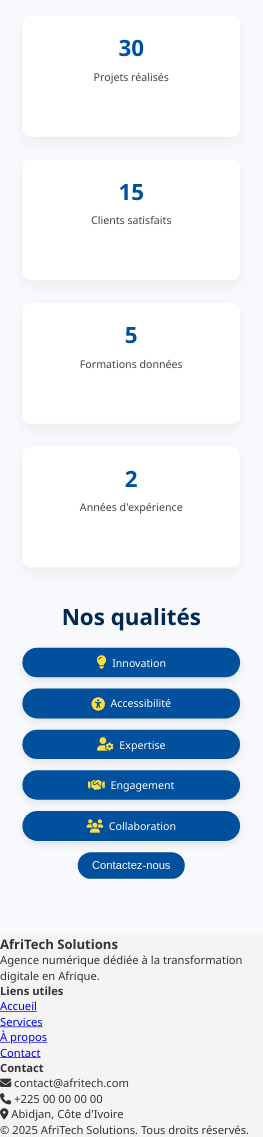
Repository: prestige225/AFRITECH
Page: index.html
These files come from the project's save history. The page is drawn as it stood at one moment and after the next save; the edit follows.
The browser window is 375 px wide. The pictures show the part of the page from y = 3579 to 5819 px (the page is 5203 px tall before and 5819 px after), at 70% of full size.

Above is the page before, as saved 2025-07-16 03:54:07.

### index.html

<!DOCTYPE html>
<html lang="en">
<head>
    <meta charset="UTF-8">
    <meta name="viewport" content="width=device-width, initial-scale=1.0">
    <!-- Font Awesome CDN -->
<link rel="stylesheet" href="https://cdnjs.cloudflare.com/ajax/libs/font-awesome/6.4.0/css/all.min.css">
    <link rel="stylesheet" href="style.css">

    <title>AFRITECH</title>
</head>
<body>
    <header>
        <div class="logo">
            <img src="image/logo.jpg" alt="AfanouTech Logo">
            <h1><span>AFRI</span>TECH</h1>
        </div>

         <!-- Bouton hamburger visible sur mobile -->
  <div class="menu-toggle" id="menu-toggle">
    <i class="fas fa-bars"></i>
  </div>


       <nav>
  <ul>
    <li><a href="index.html"><i class="fas fa-home"></i> Accueil</a></li>
    <li><a href="service.html"><i class="fas fa-tools"></i> Services</a></li>
    <li><a href="about.html"><i class="fas fa-info-circle"></i> À propos</a></li>
    <li><a href="#" id="openModalLink"><i class="fas fa-envelope"></i> Contact</a></li>

    <li><a href="projet.html"><i class="fas fa-project-diagram"></i> Projets</a></li>
  </ul>
</nav>

    </header>

<!-- hero -->
 <section class="hero">
    <div class="hero-content">
        <h1>Solutions numériques innovantes pour l'Afrique</h1>

        <p>Nous créons des expériences web exceptionnelles et des stratégies marketing digitales qui propulsent votre entreprise vers le succès.</p>
        <a href="contact.html" class="btn">Contactez-nous</a>
        <a href="#" class="btn">Nos Services</a>

    </div>
    <div class="hero-image">
        <img src="image/emile.jpg" alt="Image d'accueil">
    </div>

    <div class="couleurpassante en design">

    </div>

 </section>


 <!-- SECTION SERVICES -->
  <section id="services" class="services-section">
            <h2>Nos Services</h2>
    <div class="services">

        <div class="service-item">
            <i class="fas fa-laptop-code"></i>
            <h3>Développement Web</h3>
            <p>Sites vitrines, e-commerce, applications web sur mesure adaptés à vos besoins spécifiques et optimisés pour tous les appareils.</p>
        </div>
        <div class="service-item">
            <i class="fas fa-mobile-alt"></i>
            <h3>Applications Mobiles</h3>
            <p>Développement d'applications mobiles natives et hybrides pour iOS et Android, offrant une expérience utilisateur exceptionnelle.</p>
        </div>
        <div class="service-item">
            <i class="fas fa-chart-line"></i>
            <h3>Marketing Digital</h3>
            <p>Stratégies de marketing digital personnalisées, SEO, publicité en ligne et gestion des réseaux sociaux pour augmenter votre visibilité.</p>
        </div>
        <div class="service-item">
            <i class="fas fa-shield-alt"></i>
            <h3>Cybersécurité</h3>
            <p>Solutions de sécurité avancées pour protéger vos données et votre infrastructure contre les menaces numériques.</p>
        </div>
        <div class="service-item">
            <i class="fas fa-palette"></i>
            <h3>Design UX/UI</h3>
            <p>Création d'interfaces utilisateur intuitives et esthétiques pour améliorer l'expérience de vos utilisateurs.</p>
        </div>

        <div class="service-item">
            <i class="fas fa-chalkboard-teacher"></i>
            <h3>Formation en Développement Informatique</h3>
            <p>Formations sur les technologies web, le développement d'applications et les meilleures pratiques en informatique.</p>
            </div>
    </div>
  </section>
<!-- SECTION apropos -->
<section id="about" class="about-section">
  <h2>À propos de nous</h2>
  <p>
    AfriTech Solutions est une agence numérique fondée par Emile Afanou, passionné de technologie et de développement digital.<br><br>
    Spécialisée dans le développement web, le marketing digital et la cybersécurité, elle aide les entreprises africaines à réussir leur transformation numérique grâce à des solutions innovantes et accessibles.<br><br>
    AfriTech incarne une vision moderne de l’Afrique : connectée, compétente et ambitieuse.
  </p>

  <!-- COMPTEURS -->
  <div class="counters">
    <div class="counter-box">
      <span class="counter" data-target="30">0</span>
      <p>Projets réalisés</p>
    </div>
    <div class="counter-box">
      <span class="counter" data-target="15">0</span>
      <p>Clients satisfaits</p>
    </div>
    <div class="counter-box">
      <span class="counter" data-target="5">0</span>
      <p>Formations données</p>
    </div>
    <div class="counter-box">
      <span class="counter" data-target="2">0</span>
      <p>Années d'expérience</p>
    </div>
  </div>

  <!-- NOS QUALITÉS -->
  <div class="nos-qualites">
    <h3>Nos qualités</h3>
    <ul>
      <li><i class="fas fa-lightbulb"></i> Innovation</li>
      <li><i class="fas fa-universal-access"></i> Accessibilité</li>
      <li><i class="fas fa-user-cog"></i> Expertise</li>
      <li><i class="fas fa-handshake"></i> Engagement</li>
      <li><i class="fas fa-users"></i> Collaboration</li>
    </ul>
  </div>


  <!-- Bouton pour ouvrir la modale -->
<button id="openModalBtn" class="open-modal-btn">Contactez-nous</button>

<!-- Modale -->
<div id="contactModal" class="modal">
  <div class="modal-content">
    <span id="closeModalBtn" class="close-btn">&times;</span>
    <h2>Contactez-nous</h2>
    <form action="https://formspree.io/f/mabcxyz" method="POST">
      <input type="text" name="name" placeholder="Votre nom" required autocomplete="off" />
      <input type="email" name="email" placeholder="Votre email" required autocomplete="off" />
      <textarea name="message" rows="5" placeholder="Votre message" required></textarea>
      <button type="submit" class="btn">Envoyer</button>
    </form>
  </div>
</div>
</section>




<!-- FOOTER -->
<footer>
  <div class="footer-container">
    <div class="footer-about">
      <h3>AfriTech Solutions</h3>
      <p>Agence numérique dédiée à la transformation digitale en Afrique.</p>
    </div>
    <div class="footer-links">
      <h4>Liens utiles</h4>
      <ul>
        <li><a href="#">Accueil</a></li>
        <li><a href="#">Services</a></li>
        <li><a href="#">À propos</a></li>
        <li><a href="#">Contact</a></li>
      </ul>
    </div>
    <div class="footer-contact">
      <h4>Contact</h4>
      <p><i class="fas fa-envelope"></i> contact@afritech.com</p>
      <p><i class="fas fa-phone"></i> +225 00 00 00 00</p>
      <p><i class="fas fa-map-marker-alt"></i> Abidjan, Côte d'Ivoire</p>
    </div>
  </div>
  <div class="footer-bottom">
    <p>© 2025 AfriTech Solutions. Tous droits réservés.</p>
  </div>
</footer>


    <script src="index.js"></script>

    <!--  -->
</body>



</html>

### style.css

/* ========== RESET ========== */
* {
  margin: 0;
  padding: 0;
  box-sizing: border-box;
}

/* ========== GLOBAL ========== */
body {
  font-family: 'Segoe UI', sans-serif;
  background-color: #f4f4f4;
  color: #333;
}

/* ========== HEADER ========== */
header {
  background-color: #002855;
  color: white;
  padding: 1rem 2rem;
  display: flex;
  justify-content: space-between;
  align-items: center;
  flex-wrap: wrap;
  position: relative;
}

/* Logo */
.logo {
  display: flex;
  align-items: center;
  gap: 10px;
}

.logo img {
  width: 40px;
  height: 40px;
}

.logo h1 {
  font-size: 1.5rem;
  font-weight: bold;
}

.logo span {
  color: #ff8000;
}

/* Navigation */
nav ul {
  list-style: none;
  display: flex;
  gap: 1.5rem;
}

nav a {
  color: white;
  text-decoration: none;
  font-weight: 500;
  transition: 0.3s;
}

nav a:hover {
  color: #ff8000;
}

/* Hamburger button */
.menu-toggle {
  display: none;
  font-size: 1.8rem;
  color: white;
  cursor: pointer;
}

/* ========== RESPONSIVE ========== */
@media (max-width: 768px) {
  nav {
    width: 100%;
  }

  nav ul {
    flex-direction: column;
    background-color: #002855;
    position: absolute;
    top: 100%;
    left: 0;
    right: 0;
    display: none;
    padding: 1rem;
    z-index: 10;
  }

  nav ul.active {
    display: flex;
  }

  .menu-toggle {
    display: block;
  }
}
/* 🎯 SECTION HERO MODERNE */
.hero {
  display: flex;
  flex-wrap: wrap;
  align-items: center;
  justify-content: space-between;
  padding: 3rem 2rem;
  background: linear-gradient(to right, #002855, #00509e);
  color: white;
  position: relative;
  overflow: hidden;
}

/* Contenu texte */
.hero-content {
  flex: 1 1 50%;
  max-width: 600px;
  z-index: 1;
}

.hero-content h1 {
  font-size: 2.5rem;
  margin-bottom: 1rem;
}

.hero-content p {
  font-size: 1.1rem;
  margin-bottom: 2rem;
  line-height: 1.6;
}

/* Boutons */
.hero-content .btn {
  display: inline-block;
  background-color: #ff8000;
  color: white;
  padding: 0.8rem 1.5rem;
  margin-right: 1rem;
  border-radius: 5px;
  text-decoration: none;
  font-weight: bold;
  transition: background 0.3s ease;
}

.hero-content .btn:hover {
  background-color: #e67300;
}

/* Image d’accueil */
.hero-image {
  flex: 1 1 40%;
  text-align: center;
  z-index: 1;
}

.hero-image img {
  width: 100%;
  max-width: 400px;
  height: auto;
  border-radius: 15px;
}

/* Effet décoratif de fond (couleurpassante) */
.couleurpassante {
  position: absolute;
  top: -50px;
  right: -50px;
  width: 300px;
  height: 300px;
  background: radial-gradient(circle, #ffffff22, transparent 70%);
  border-radius: 50%;
  animation: flotter 10s infinite alternate;
  z-index: 0;
}

/* Animation douce */
@keyframes flotter {
  0% {
    transform: translateY(0) rotate(0deg);
  }
  100% {
    transform: translateY(20px) rotate(20deg);
  }
}

/* 📱 Responsive */
@media (max-width: 768px) {
  .hero {
    flex-direction: column;
    text-align: center;
  }

  .hero-content, .hero-image {
    flex: 1 1 100%;
    max-width: 100%;
  }

  .hero-content h1 {
    font-size: 2rem;
  }

  .hero-content p {
    font-size: 1rem;
  }

  .hero-content .btn {
    margin-bottom: 1rem;
  }
}


/* ========== SECTION SERVICES ========== */
.services-section {
  padding: 4rem 2rem;
  background: linear-gradient(to bottom right, #e6ecf5, #f7f9fc);
  text-align: center;
}

.services-section h2 {
  font-size: 2.5rem;
  margin-bottom: 3rem;
  color: #002855;
  font-weight: 700;
}

/* Container de toutes les cartes */
.services {
  display: grid;
  grid-template-columns: repeat(auto-fit, minmax(280px, 1fr));
  gap: 2rem;
  max-width: 1200px;
  margin: 0 auto;
}

/* Style individuel des services */
.service-item {
  background-color: #ffffff;
  border-radius: 12px;
  padding: 2rem 1.5rem;
  box-shadow: 0 8px 25px rgba(0, 0, 0, 0.05);
  transition: transform 0.3s ease, box-shadow 0.3s ease;
}

.service-item:hover {
  transform: translateY(-8px);
  box-shadow: 0 12px 30px rgba(0, 0, 0, 0.1);
}

/* Icône */
.service-item i {
  font-size: 2.8rem;
  color: #00509e;
  margin-bottom: 1rem;
}

/* Titre */
.service-item h3 {
  font-size: 1.3rem;
  margin-bottom: 0.8rem;
  color: #002855;
  font-weight: 600;
}

/* Paragraphe */
.service-item p {
  font-size: 1rem;
  line-height: 1.6;
  color: #444;
}


/* ===== SECTION À PROPOS ===== */
.about-section {
  padding: 4rem 2rem;
  text-align: center;
  background: #f7f9fc;
}

.about-section h2 {
  font-size: 2.5rem;
  color: #002855;
  margin-bottom: 1.5rem;
}

.about-section p {
  max-width: 900px;
  margin: 0 auto 3rem;
  font-size: 1.1rem;
  line-height: 1.8;
  color: #333;
}

/* ===== SECTION À PROPOS ===== */
.about-section {
  padding: 4rem 2rem;
  text-align: center;
  background: #f7f9fc;
  font-family: 'Segoe UI', Tahoma, Geneva, Verdana, sans-serif;
}

.about-section h2 {
  font-size: 2.5rem;
  color: #002855;
  margin-bottom: 1.5rem;
  font-weight: 700;
}

.about-section p {
  max-width: 900px;
  margin: 0 auto 3rem;
  font-size: 1.1rem;
  line-height: 1.7;
  color: #333;
}

.about-section {
  padding: 4rem 2rem;
  text-align: center;
  background: #f7f9fc;
  font-family: 'Segoe UI', Tahoma, Geneva, Verdana, sans-serif;
}

.about-section h2 {
  font-size: 2.5rem;
  color: #002855;
  margin-bottom: 1.5rem;
  font-weight: 700;
}

.about-section p {
  max-width: 900px;
  margin: 0 auto 3rem;
  font-size: 1.1rem;
  line-height: 1.7;
  color: #333;
}

/* Compteurs */
.counters {
  display: grid;
  grid-template-columns: repeat(auto-fit, minmax(160px, 1fr));
  gap: 2rem;
  max-width: 1000px;
  margin: 0 auto 3rem;
}

.counter-box {
  background: #fff;
  border-radius: 12px;
  padding: 1.5rem;
  box-shadow: 0 8px 20px rgba(0, 0, 0, 0.05);
  transition: transform 0.3s ease;
}

.counter-box:hover {
  transform: translateY(-5px);
}

.counter {
  font-size: 2.5rem;
  font-weight: 700;
  color: #00509e;
  display: block;
}

.counter-box p {
  margin-top: 0.5rem;
  font-size: 1rem;
  color: #444;
}

/* Nos qualités */
.nos-qualites {
  margin-top: 3rem;
  max-width: 800px;
  margin-left: auto;
  margin-right: auto;
  text-align: center;
}

.nos-qualites h3 {
  font-size: 2rem;
  color: #002855;
  margin-bottom: 1.5rem;
  font-weight: 700;
}

.nos-qualites ul {
  list-style: none;
  padding: 0;
  display: flex;
  flex-wrap: wrap;
  justify-content: center;
  gap: 1rem;
}

.nos-qualites li {
  background-color: #00509e;
  color: #fff;
  padding: 0.8rem 1.5rem;
  border-radius: 25px;
  font-size: 1rem;
  font-weight: 500;
  box-shadow: 0 4px 12px rgba(0, 0, 0, 0.1);
  display: flex;
  align-items: center;
  gap: 0.5rem;
  transition: background 0.3s ease;
}

.nos-qualites li:hover {
  background-color: #003f7f;
}

.nos-qualites li i {
  color: #ffdd40;
  font-size: 1.2rem;
}

/* Responsive */
@media (max-width: 768px) {
  .about-section h2 {
    font-size: 2rem;
  }

  .about-section p {
    font-size: 1rem;
    padding: 0 1rem;
  }

  .counter {
    font-size: 2rem;
  }

  .counter-box p {
    font-size: 0.95rem;
  }

  .nos-qualites li {
    font-size: 0.95rem;
    padding: 0.7rem 1.2rem;
  }
}

@media (max-width: 480px) {
  .counters {
    grid-template-columns: 1fr;
  }

  .nos-qualites ul {
    flex-direction: column;
    gap: 1rem;
  }

  .nos-qualites li {
    justify-content: center;
  }
}


/* Bouton pour ouvrir la modale */
.open-modal-btn {
  padding: 10px 20px;
  background-color: #00509e;
  color: white;
  border: none;
  border-radius: 25px;
  cursor: pointer;
  font-size: 1rem;
  margin: 2rem auto;
  display: block;
}

.open-modal-btn:hover {
  background-color: #003f7f;
}

/* Bouton ouvrir modale */
.open-modal-btn {
  padding: 10px 20px;
  background-color: #00509e;
  color: white;
  border: none;
  border-radius: 25px;
  cursor: pointer;
  font-size: 1rem;
  display: inline-block;
  margin: 1rem auto;
}

.open-modal-btn:hover {
  background-color: #003f7f;
}

/* Modale masquée par défaut */
.modal {
  display: none;
  position: fixed;
  z-index: 10000;
  top: 0; left: 0;
  width: 100vw;
  height: 100vh;
  background-color: rgba(0,0,0,0.7);
  justify-content: center;
  align-items: center;
  padding: 1rem;
}

/* Afficher modale */
.modal.show {
  display: flex;
}

/* Contenu modale */
.modal-content {
  background-color: #fff;
  border-radius: 10px;
  max-width: 500px;
  width: 100%;
  padding: 2rem;
  position: relative;
  box-shadow: 0 0 15px rgba(0,0,0,0.3);
  animation: fadeInScale 0.3s ease forwards;
}

@keyframes fadeInScale {
  from {opacity: 0; transform: scale(0.9);}
  to {opacity: 1; transform: scale(1);}
}

.modal-content h2 {
  color: #003f7f;
  margin-bottom: 1rem;
  text-align: center;
}

.modal-content form {
  display: flex;
  flex-direction: column;
  gap: 1rem;
}

input, textarea {
  padding: 1rem;
  font-size: 1rem;
  border-radius: 8px;
  border: 1px solid #ccc;
  outline: none;
  font-family: inherit;
  transition: border-color 0.3s ease;
}

input:focus, textarea:focus {
  border-color: #00509e;
}

button.btn {
  background-color: #00509e;
  color: white;
  padding: 0.9rem;
  font-weight: 600;
  border: none;
  border-radius: 25px;
  cursor: pointer;
  font-size: 1rem;
  transition: background-color 0.3s ease;
}

button.btn:hover {
  background-color: #003f7f;
}

/* Bouton fermer modale */
.close-btn {
  position: absolute;
  top: 15px;
  right: 15px;
  font-size: 1.8rem;
  color: #777;
  cursor: pointer;
  transition: color 0.3s ease;
}

.close-btn:hover {
  color: #000;
}

/* Responsive */
@media (max-width: 600px) {
  .modal-content {
    padding: 1.5rem;
  }
}

### index.js

// script.js

// Récupération des éléments
const toggleBtn = document.getElementById("menu-toggle");
const navMenu = document.querySelector("nav ul");

// Écoute du clic sur le bouton menu
toggleBtn.addEventListener("click", () => {
  navMenu.classList.toggle("active");
});


const counters = document.querySelectorAll('.counter');

  counters.forEach(counter => {
    const updateCount = () => {
      const target = +counter.getAttribute('data-target');
      const count = +counter.innerText;
      const speed = 100; // Plus petit = plus rapide

      const increment = Math.ceil(target / speed);

      if (count < target) {
        counter.innerText = count + increment;
        setTimeout(updateCount, 30);
      } else {
        counter.innerText = target;
      }
    };

    updateCount();
  });


  const openModalBtn = document.getElementById('openModalBtn');
const modal = document.getElementById('contactModal');
const closeModalBtn = document.getElementById('closeModalBtn');

openModalBtn.addEventListener('click', () => {
  modal.classList.add('show');
});

closeModalBtn.addEventListener('click', () => {
  modal.classList.remove('show');
});

window.addEventListener('click', (e) => {
  if (e.target === modal) {
    modal.classList.remove('show');
  }
});

// Fermer avec la touche ESC
window.addEventListener('keydown', (e) => {
  if (e.key === 'Escape' && modal.classList.contains('show')) {
    modal.classList.remove('show');
  }
});

After the next save:
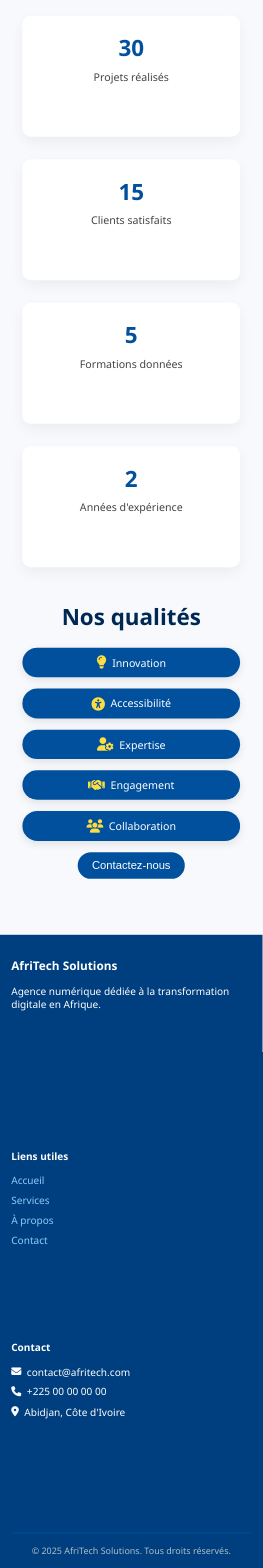
Saved 19 s later.
--- a/style.css
+++ b/style.css
@@ -591,3 +591,75 @@ button.btn:hover {
     padding: 1.5rem;
   }
 }
+
+footer {
+  background-color: #003f7f;
+  color: #fff;
+  padding: 2rem 1rem 1rem;
+  font-size: 0.9rem;
+}
+
+.footer-container {
+  max-width: 1100px;
+  margin: 0 auto;
+  display: flex;
+  flex-wrap: wrap;
+  gap: 2rem;
+  justify-content: space-between;
+}
+
+.footer-about,
+.footer-links,
+.footer-contact {
+  flex: 1 1 250px;
+}
+
+.footer-about h3,
+.footer-links h4,
+.footer-contact h4 {
+  margin-bottom: 1rem;
+  font-weight: 700;
+}
+
+.footer-links ul {
+  list-style: none;
+  padding: 0;
+}
+
+.footer-links ul li {
+  margin-bottom: 0.6rem;
+}
+
+.footer-links ul li a {
+  color: #90caf9;
+  text-decoration: none;
+  transition: color 0.3s ease;
+}
+
+.footer-links ul li a:hover {
+  color: #fff;
+}
+
+.footer-contact p {
+  margin-bottom: 0.6rem;
+  display: flex;
+  align-items: center;
+  gap: 0.5rem;
+}
+
+.footer-bottom {
+  text-align: center;
+  margin-top: 1.5rem;
+  border-top: 1px solid #00509e;
+  padding-top: 1rem;
+  font-size: 0.8rem;
+  color: #b0bec5;
+}
+
+/* Responsive */
+@media (max-width: 600px) {
+  .footer-container {
+    flex-direction: column;
+    gap: 1.5rem;
+  }
+}
